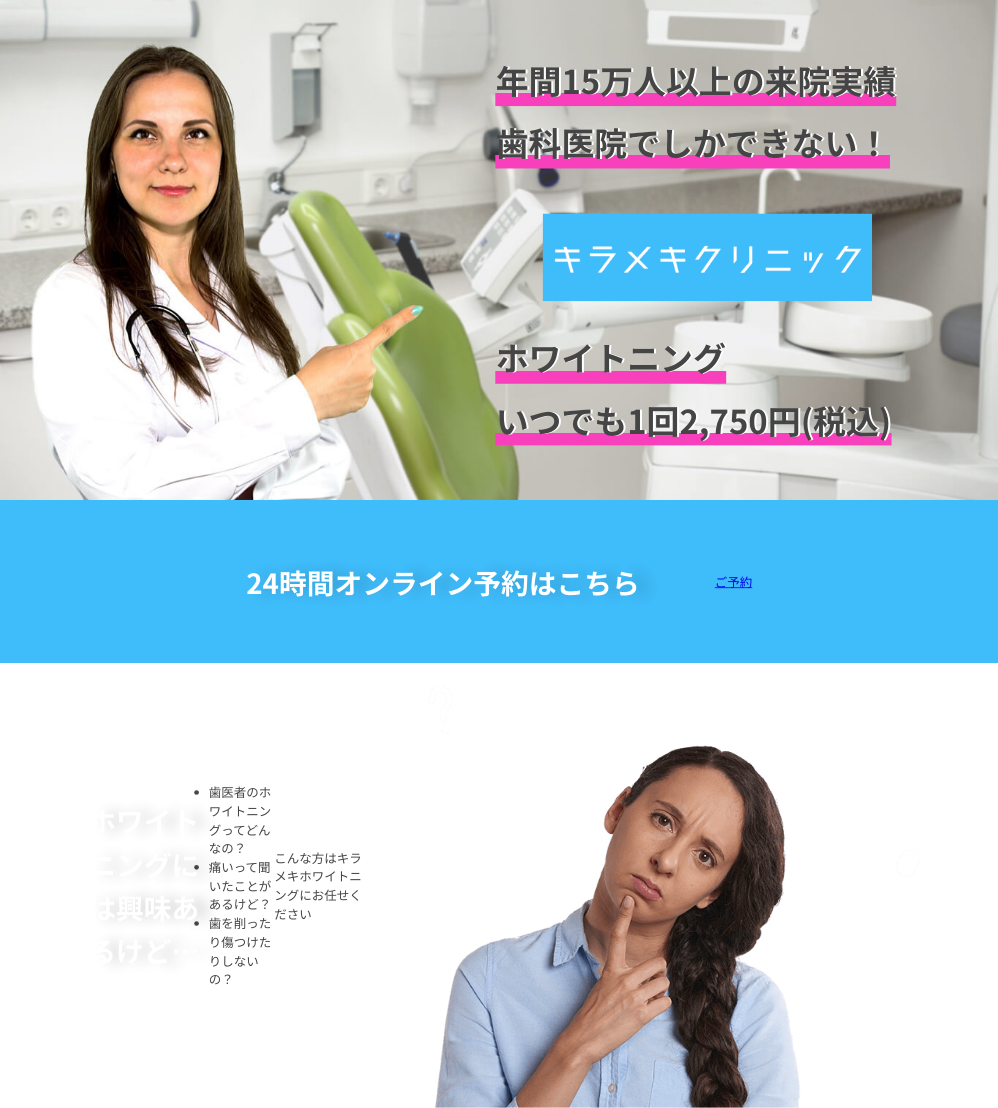
Repository: ryu-nuno/tech_academy_subwork
Page: first/index.html
The author's editor kept a record of every edit. The page is drawn from the files as they stood at one moment, then again after the next edit.
The browser window is 1280 px wide. The pictures show the whole page, at 78% of full size.
Some web libraries are served in a nearby version.

Above is the page before.

After the next edit:
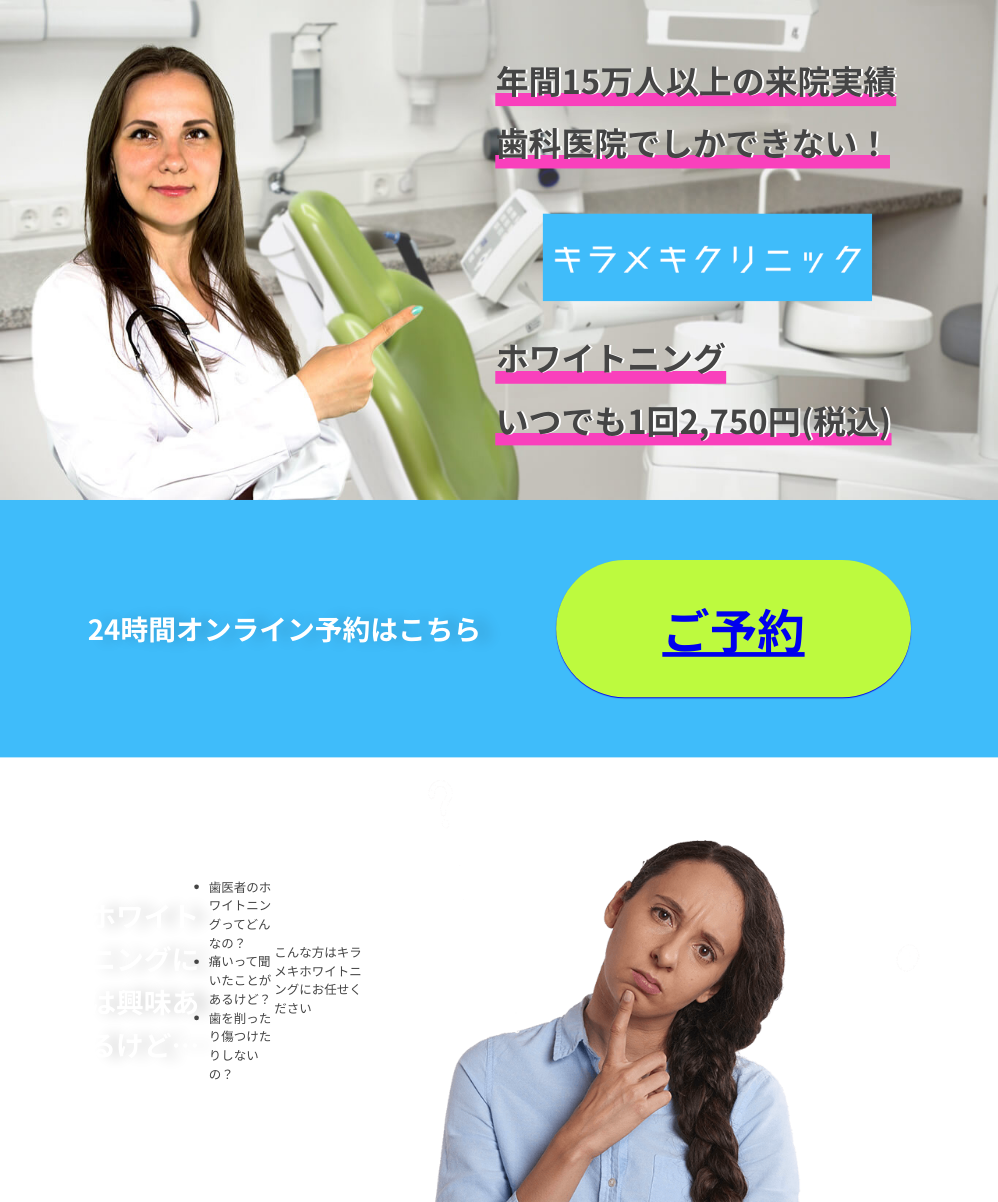
The edit:
--- a/first/css/style.css
+++ b/first/css/style.css
@@ -77,5 +77,16 @@
 }
 
 .contents_width a{
-
+    display: flex;
+    justify-content: center;
+    align-items: center;
+    background-color: #bdfa3e;
+    width: 28.4rem;
+    height: 11rem;
+    border-radius: 5.5rem;
+    font-size: 3.8rem;
+    font-weight: 900;
+    box-shadow: 0 0.1vw 0.1vw ;
+    overflow: hidden;
+    position: relative;
 }
